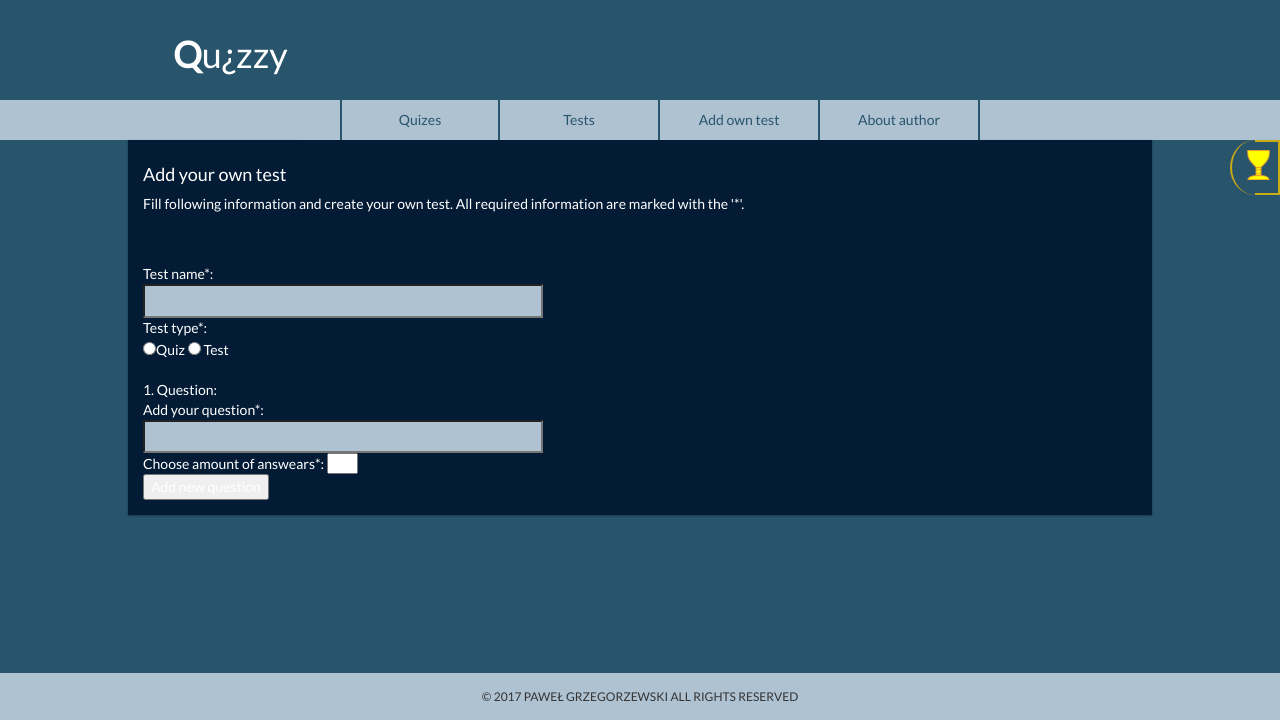
Repository: pgrzegorzewski/quiz
Page: http://localhost/app/add_test.php
These files come from the project's save history. The page is drawn as it stood at one moment and after the next save; the edit follows.
The browser window is 1280 px wide. The pictures show the whole page.
Some web libraries are served in a nearby version. The page is run by PHP 8.4 with error messages shown; the project is at /var/www/html/.

Above is the page before, as saved 2017-09-17 17:07:34.

After the next save:
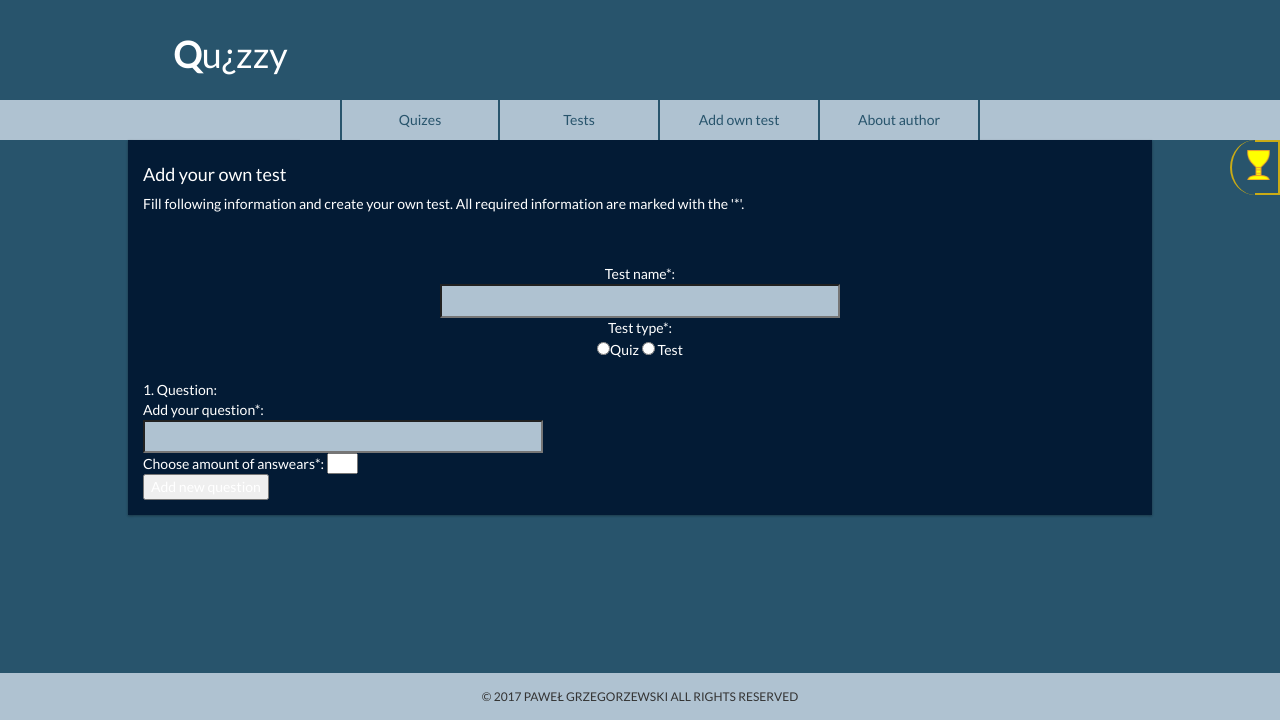
Saved 18 s later.
--- a/htdocs/app/learningapp/app/add_test.php
+++ b/htdocs/app/learningapp/app/add_test.php
@@ -66,7 +66,7 @@
 			<div id = "add_test_container">
 				<p>Fill following information and create your own test. All required information are marked with the '*'.</p>
 				<br><br>
-				<form>
+				<form align=middle>
 				  Test name*:<br>
 				  <input class = "testGeneralInformation" id = "testName" type ="text" name ="test_name"><br>
 				  Test type*:<br>

After the 2 saves that followed:
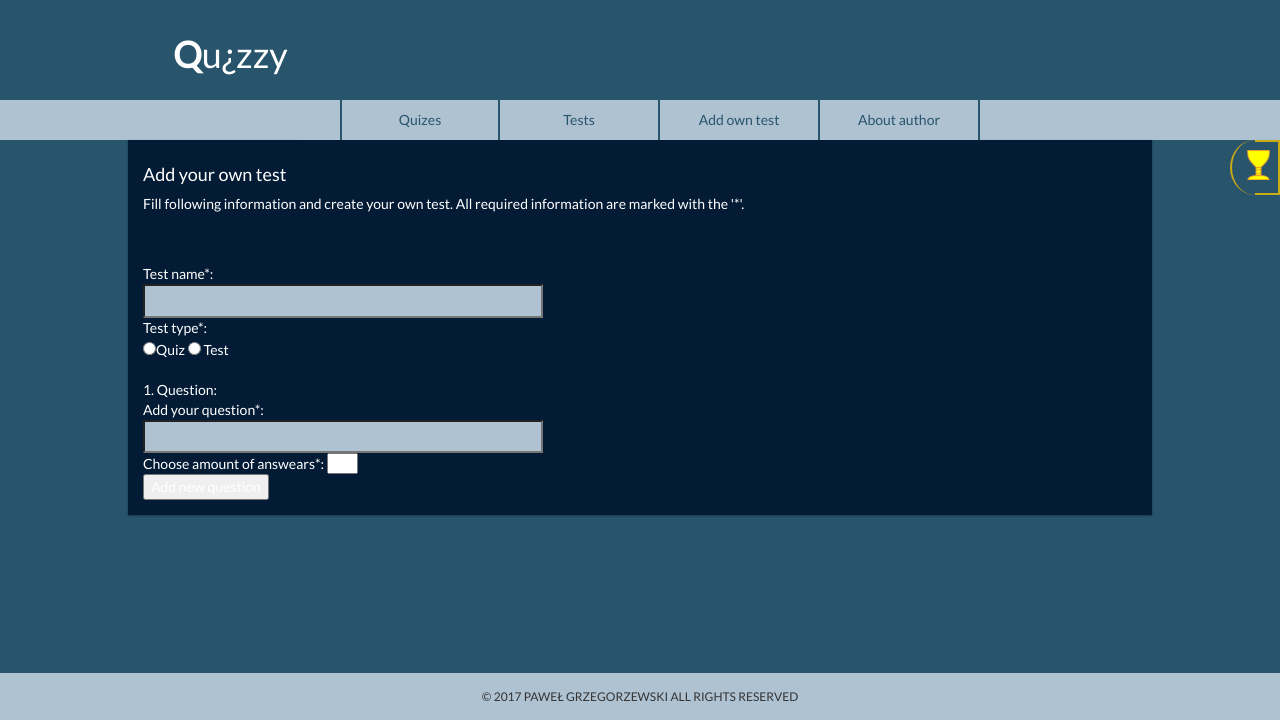
The 2 saves are shown as one change because 1 left the picture as it was.
The last was saved 31 s later.
--- a/htdocs/app/learningapp/app/add_test.php
+++ b/htdocs/app/learningapp/app/add_test.php
@@ -66,7 +66,7 @@
 			<div id = "add_test_container">
 				<p>Fill following information and create your own test. All required information are marked with the '*'.</p>
 				<br><br>
-				<form align=middle>
+				<form style ="text-align:middle">
 				  Test name*:<br>
 				  <input class = "testGeneralInformation" id = "testName" type ="text" name ="test_name"><br>
 				  Test type*:<br>
